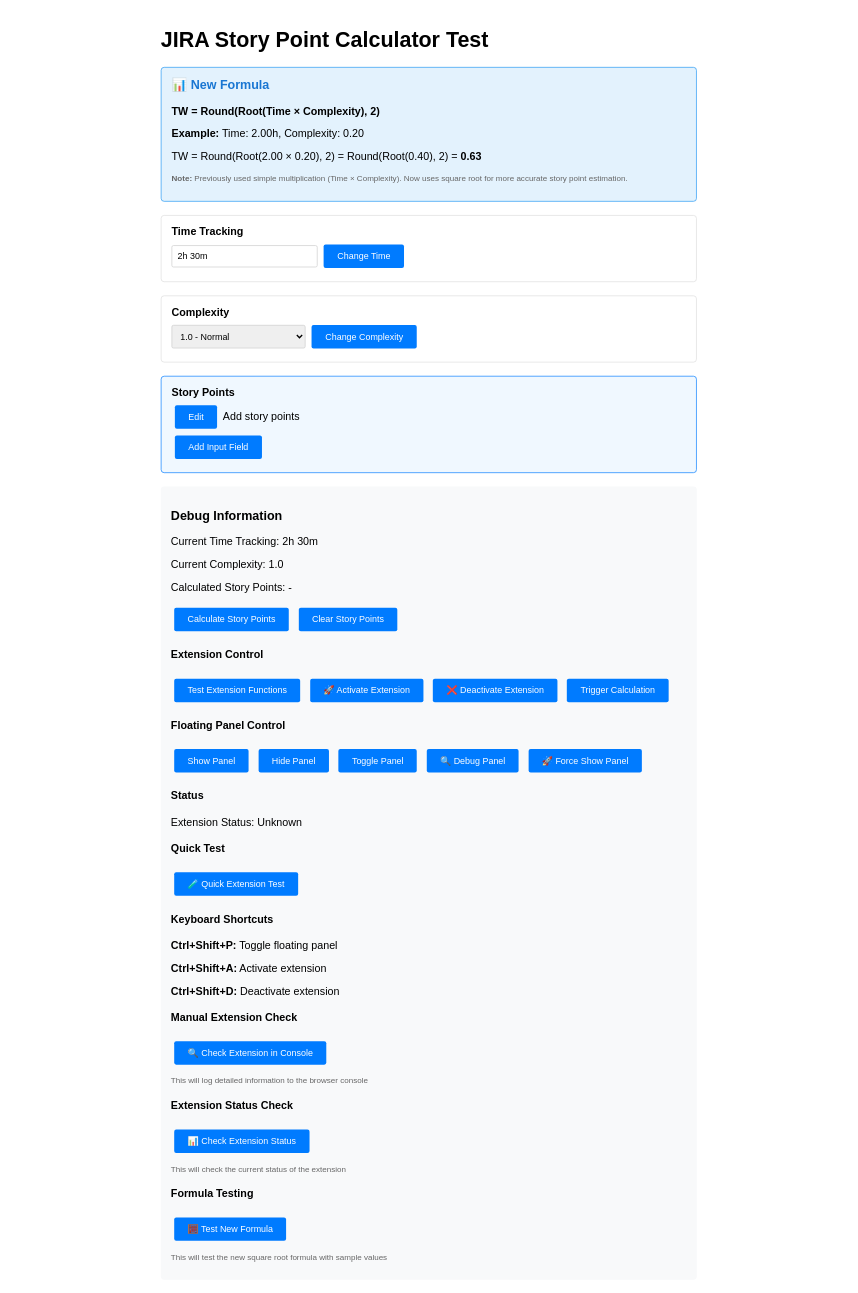
Repository: nirazanbasnet/jira-story-point-calculator
Page: test.html
These files come from the project's save history. The page is drawn as it stood at one moment and after the next save; the edit follows.
The browser window is 1280 px wide. The pictures show the whole page, at 67% of full size.

Above is the page before, as saved 2025-09-01 21:07:26.

After the next save:
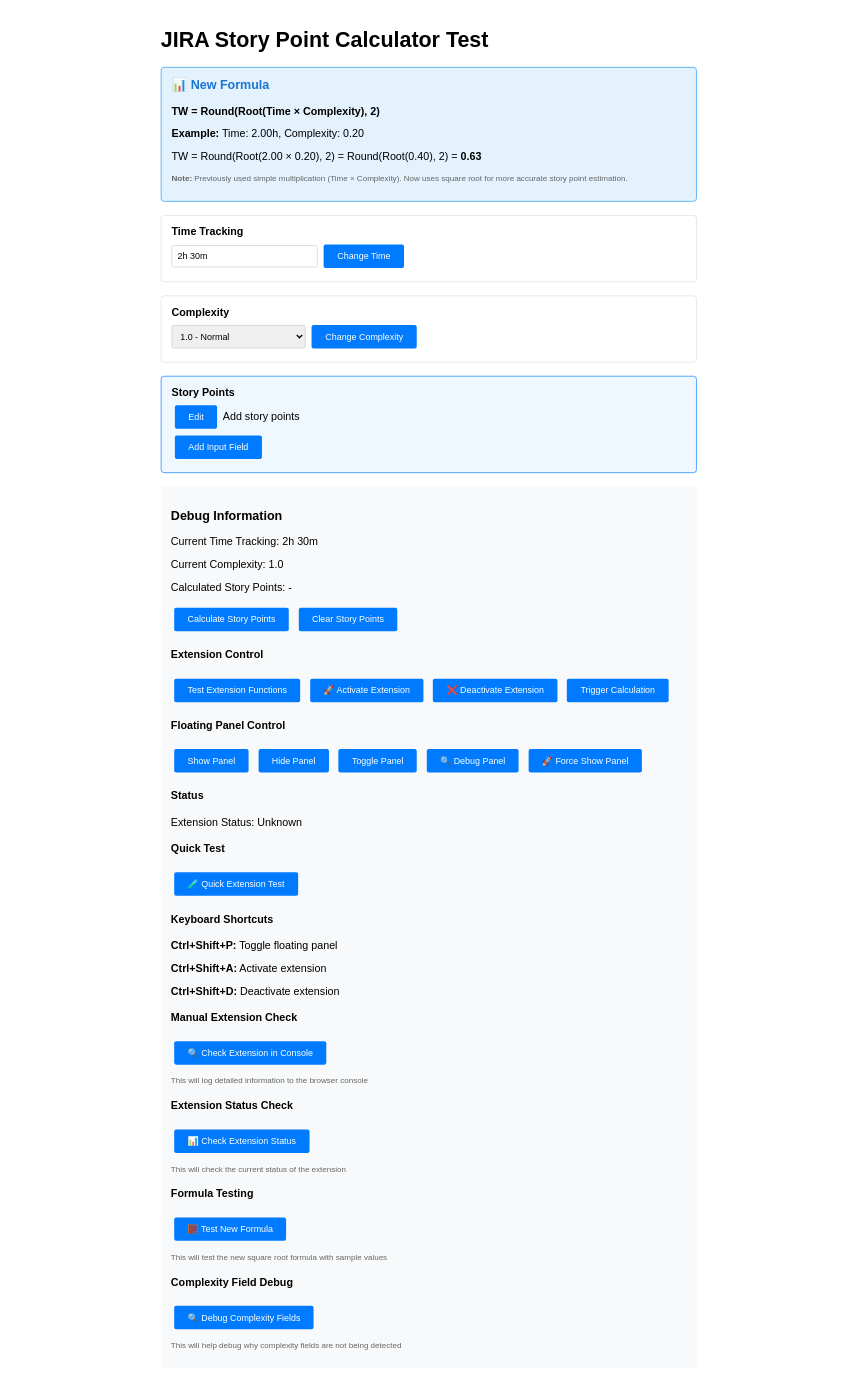
Saved 16 s later.
--- a/test.html
+++ b/test.html
@@ -157,6 +157,10 @@
         <h4>Formula Testing</h4>
         <button onclick="testFormula()">🧮 Test New Formula</button>
         <p style="font-size: 12px; color: #666;">This will test the new square root formula with sample values</p>
+
+        <h4>Complexity Field Debug</h4>
+        <button onclick="debugComplexity()">🔍 Debug Complexity Fields</button>
+        <p style="font-size: 12px; color: #666;">This will help debug why complexity fields are not being detected</p>
     </div>
 
     <script>
